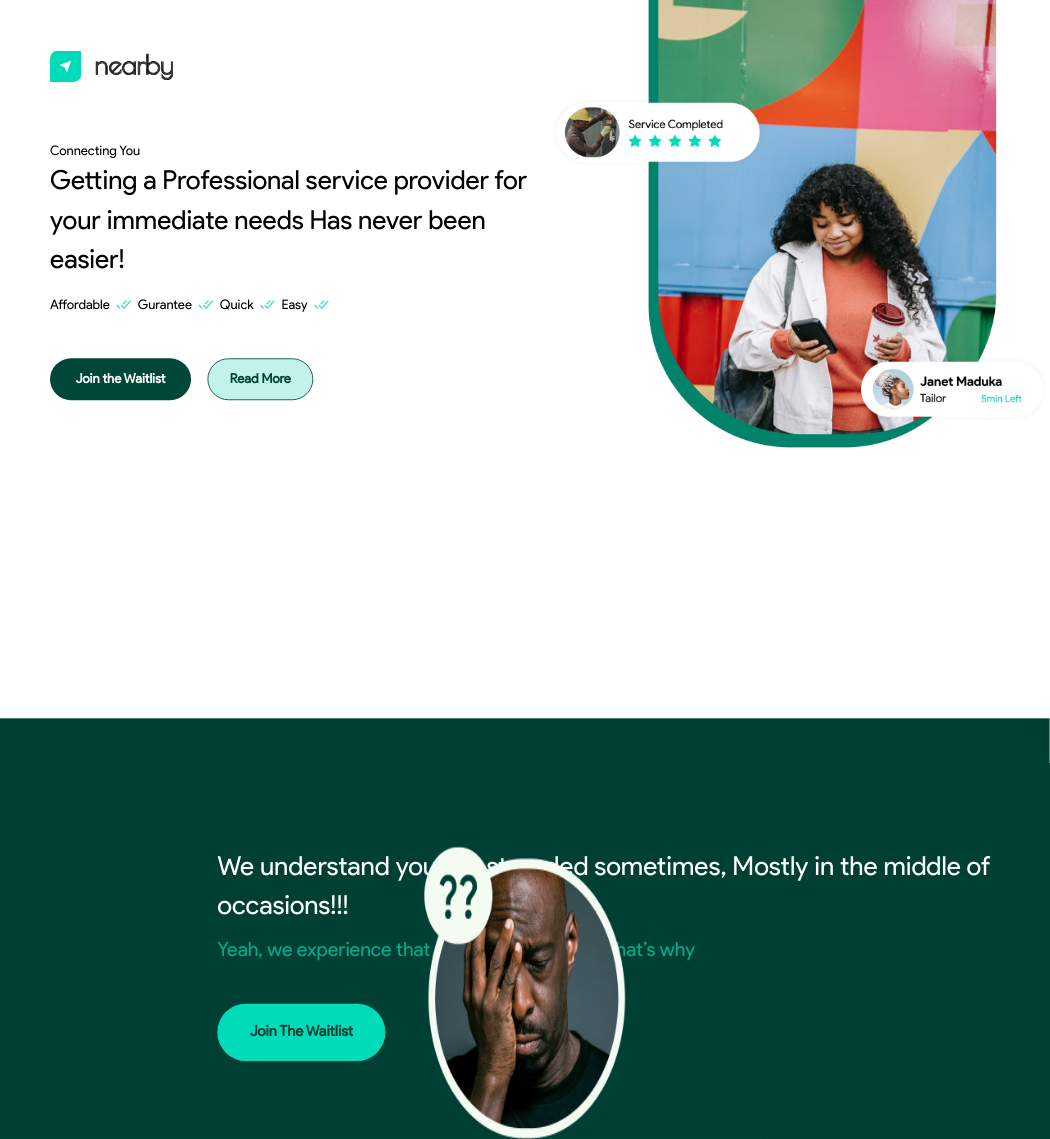
Repository: Eugene44-hub/Mearby
Page: /
The author's editor kept a copy of each file at every save. The page is drawn from the files as they stood at one save, then again after a run of saves.
The browser window is 1280 px wide. The pictures show the whole page, at 82% of full size.
The project was rebuilt for these pictures with package versions that can differ from the ones it lists, and the page was loaded fresh each time.

Above is the page before, as saved 2022-04-30 07:08:44.

### src/App.tsx
import React from 'react';
import Hero from './components/hero/Hero';
import Nav from './components/nav/Nav';
import LandingPage from './pages/landing/LandingPage';

function App() {
  return (
   <>
<Nav/>
<LandingPage/>
</>

);
}

export default App;

### src/components/nav/Nav.tsx
import React from 'react';
import send from '../../assets/images/send.svg';
import nearby from '../../assets/images/nearby logo.svg';
import styles from "./Nav.module.css"
const Nav = () => {
	return (
		<nav className={`md:h-auto h-[96.57px] ${styles.nav} flex`}>
			<header className="m-auto block md:hidden">
				<div className="flex justify-center">
					<img
						src={send}
						className="bg-[#00DCBA] mr-[16.79px] p-3 rounded-tl-[8.91471px] rounded-br-[8.91471px]"
						alt="send"
					/>
					<img src={nearby} alt="send" />
				</div>
			</header>
		</nav>
	);
};

export default Nav;

### src/pages/landing/LandingPage.tsx
import React from 'react'
import Hero from '../../components/hero/Hero';
import Understand from '../../components/understand/Understand';
const LandingPage = () => {
  return (
    <>

    <Hero/>
    <Understand/>
    </>
  )
}

export default LandingPage

### src/components/nav/Nav.module.css
@media screen and (max-width:768px) {
    .nav{
/* display: none; */
/* bg-[#014034] */
background-color:#014034;
}
}

### src/components/hero/Hero.tsx
import React from 'react';
import styles from './Hero.module.css';
import checked from '../../assets/images/checked.png';
import heroImg from '../../assets/images/heroImg.png';
import send from '../../assets/images/send.svg';
import nearby from '../../assets/images/nearbyDark.svg';

const Hero = () => {
	const minorText: string[] = [ 'affordable', 'gurantee', 'quick', 'easy' ];
	return (
		<section className=" md:pl-[61px]">
			<div className={`${styles.container} md:flex justify-between`}>
				<div className={`${styles.heroContainer} mb-[3rem] flex flex-wrap md:w-[50%]`}>
					<div className="md:flex w-[20%] hidden mt-[62px] items-center">
						<img
							src={send}
							className="bg-[#00DCBA] w-[100%] mr-[16.79px] p-3 rounded-tl-[8.91471px] rounded-br-[8.91471px]"
							alt="send"
						/>
						<img src={nearby} alt="send" />
					</div>

					<div className="m-auto">
						<h2 className={` ${styles.connectHead} flex items-end md:h-[95.5px]`}>Connecting You</h2>
						<p className={`text-[2rem] ${styles.connectText}`}>
							Getting a Professional service provider for your immediate needs Has never been easier!
						</p>
					</div>

					<ul className={`${styles.connectList} mt-5 flex justify-between `}>
						{minorText.map((item, index) => (
							<li key={index} className="flex items-center capitalize mr-2">
								{item} <img src={checked} className="w-[18px] ml-2" alt="checked" />
							</li>
						))}
					</ul>

					<div className="w-[100%] md:pt-[53px] md:px-0 p-5">
						<button className="bg-[#004639] font-bold w-[172px] h-[51px] text-white mr-5 rounded-[50px]">
							Join the Waitlist
						</button>
						<button className="bg-[#C1F2EB] font-bold w-[129px] h-[51px] rounded-[50px] text-[#004034] border border-[#004034] capitalize">
							read more
						</button>
					</div>
				</div>
				<div className="md:w-[50%]">
					<img src={heroImg} className={styles.heroImg} alt="" />
				</div>
			</div>
		</section>
	);
};

export default Hero;
// wKcVoY0oBaK0dDUj5
// yX2Q8nskPsN4AjVkAPMBM

### src/components/understand/Understand.tsx
import React from 'react'
import understand from "../../assets/images/understand.png"
import WaitLight from "../../components/Buttons/WaitLight"
const Understand = () => {
  return (
    <div className='bg-[#004034] px-5 pt-[9.75rem] md:flex relative mt-[20rem]'>

  <img src={understand} className="md:relative  translate-x-[-50%] left-[50%] " alt="understand" />

<div>
<div>
  <p className='text-[2rem] text-white'>
  We understand you get stranded sometimes, Mostly in the middle of occasions!!!
  </p>
  <p className='mt-3 text-[1.5rem] text-[#01AB8B] '>
  Yeah, we experience that too and it sucks and that’s why  </p>
</div>

<div className='pt-[3rem] pb-[5.938rem]'>
<WaitLight/>
</div>

</div>



    </div>
  )
}

export default Understand

### src/components/hero/Hero.module.css
.container{
height: 812px;
background-image: url(../../assets/images/mobileHero.png);
background-repeat: no-repeat;
background-position: center;
background-size: 133% 100%;
}


.heroImg{
    display: none;
    width: 100%;
}
.heroContainer{
    /* background-color: black; */
    color: white;

}
.connectHead,.connectText,.connectList{
    padding: 20px;

}
@media screen and (min-width:600px) {
    .container{
    background-image:none;
    height: auto;
}
.connectHead{
    background-color: none;
}
.heroImg{
    display: block;
}
.connectHead{
    background-color: none;
}
.heroContainer{
    /* background-color: black; */
    color: black ;
}

}

@media screen and (min-width:768px) {
    .connectHead,.connectText,.connectList{
        padding: 0px;
    }

}


@media screen and (max-width:600px){
.connectHead{
    background-color: #004034;
}

}
/* .minorTxt{
} */
/* linear-gradient(rgba(0, 64, 52, 1), rgba(0, 57, 64, 0)) */
/* linear-gradient(rgba(0, 64, 52, 1),rgba(0, 64, 52, 1)) */

### src/components/Buttons/WaitLight.tsx
import React from 'react'
import styles from "./Button.module.css"

const Wait = () => {
  return (
    <button className={`${styles.light} capitalize`}>Join the waitlist</button>

  )
}

export default Wait

### src/components/Buttons/Button.module.css
    .light {
        background-color: #00DCBA;
        color: #004034;
        width: 205px;
        font-size: 1.125rem;
    }

    .dark {
        background-color: #004639;
        color: #004034;
        font-size: "1rem";
        width: 192px;
    }

    .light,
    .dark {
        height: 70px;
        border-radius: 50px;
        font-weight: bold;
    }

Loaded but not shown: public/index.html (common file); src/index.tsx (common file); src/index.css (common file); tailwind.config.js (common file)

After the next 2 saves:
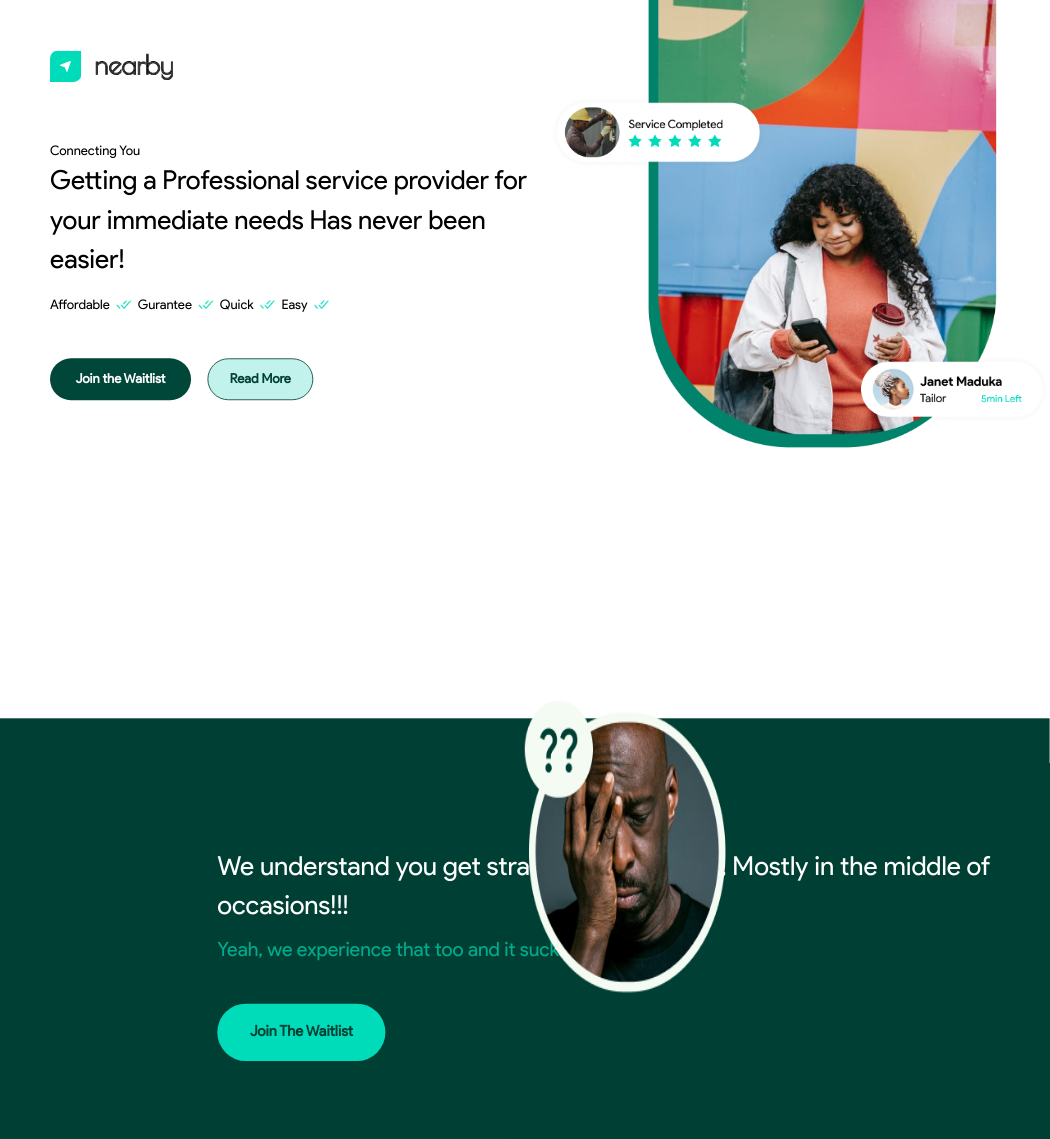
The 2 saves are shown as one change because they came seconds apart.
The last was saved 26 s later.
--- a/src/components/understand/Understand.tsx
+++ b/src/components/understand/Understand.tsx
@@ -5,7 +5,7 @@ const Understand = () => {
   return (
     <div className='bg-[#004034] px-5 pt-[9.75rem] md:flex relative mt-[20rem]'>
 
-  <img src={understand} className="md:relative  translate-x-[-50%] left-[50%] " alt="understand" />
+  <img src={understand} className="md:relative  translate-y-[-50%] left-[50%] " alt="understand" />
 
 <div>
 <div>
